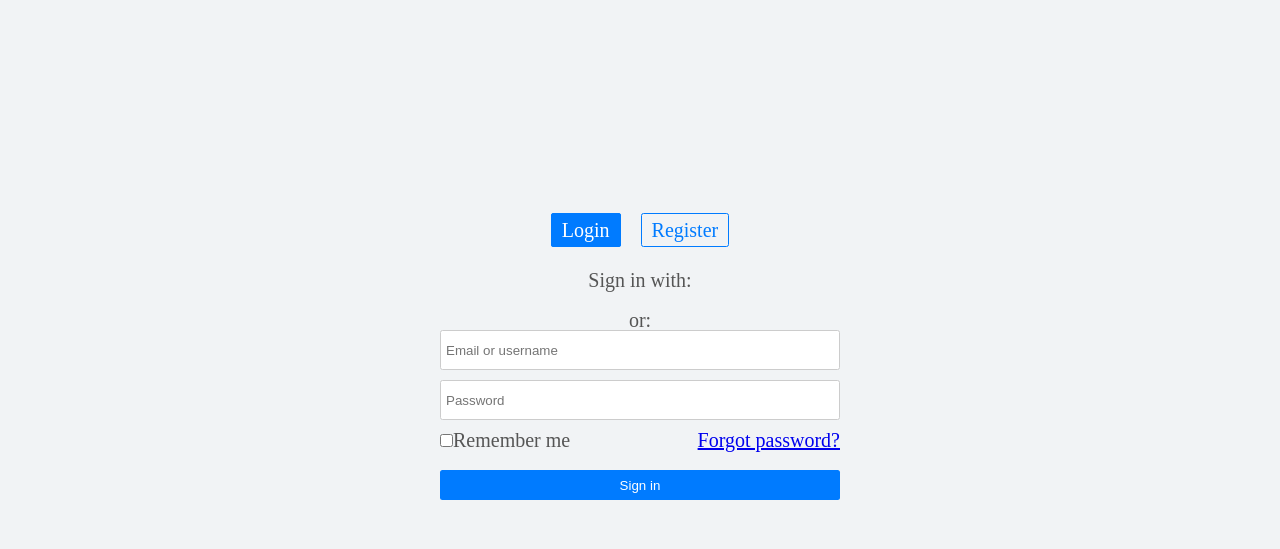
Repository: BitDanceLabels/Bumblebee_BDG
Page: /teacher-timetable
An editor plug-in stored every save of this project. The page is shown before and after the next save, followed by the edit.
The browser window is 1280 px wide. The pictures show the whole page.
The project was rebuilt for these pictures with package versions that can differ from the ones it lists, and the page was loaded fresh each time. Also part of the build but not shown: vite.config.js, src/components/General/Header.jsx, src/components/General/Navbar.jsx, src/components/Dashboard/ScheduleComponent.jsx, src/components/Management/Booking.jsx, src/components/modal/CreateStudentModal.jsx, src/components/Student/ListOfStudent.jsx, src/components/modal/CreateTeacherModal.jsx and 9 more. Imported but missing from the stored project, and not drawn on this page: src/components/modal/DeactiveStudentModal.

Above is the page before, as saved 2024-10-04 18:30:07.

### index.html
<!DOCTYPE html>
<html lang="en">
  <head>
    <meta charset="UTF-8" />
    <link rel="icon" type="image/svg+xml" href="/vite.svg" />
    <meta name="viewport" content="width=device-width, initial-scale=1.0" />
    <title>Power English CRM</title>
  </head>
  <body>
    <div id="root"></div>
    <script type="module" src="/src/main.jsx"></script>
  </body>
</html>

### src/main.jsx
import { StrictMode } from 'react'
import { createRoot } from 'react-dom/client'
import MainApp from './pages/MainApp.jsx'
import App from './App.jsx'
import './index.css'

createRoot(document.getElementById('root')).render(
  <StrictMode>
    <App />
  </StrictMode>
)

### src/App.jsx
import { useState } from 'react'
import styled from 'styled-components'

const Container = styled.div`
  display: flex;
  justify-content: center;
  align-items: center;
  flex-direction: column;
  min-height: 100vh;
  font-size: 20px;
`

const Nav = styled.ul`
  display: flex;
  justify-content: center;
  margin-bottom: 3rem;
  list-style: none;
  padding: 0;
`

const NavItem = styled.li`
  margin: 0 1rem;
`

const NavLink = styled.a`
  color: ${({ active }) => (active ? '#fff' : '#007bff')};
  background-color: ${({ active }) => (active ? '#007bff' : 'transparent')};
  border: 1px solid #007bff;
  padding: 0.5rem 1rem;
  cursor: pointer;
  text-decoration: none;
  border-radius: 0.25rem;
  transition: background-color 0.3s ease;

  &:hover {
    background-color: #0056b3;
    color: #fff;
  }
`

const TextCustom = styled.p`
  text-align: center;
`

const TabContent = styled.div`
  width: 100%;
  max-width: 400px;
`

const TabPane = styled.div`
  display: ${({ active }) => (active ? 'block' : 'none')};
`

const Form = styled.form`
  margin: 0 auto;
  display: flex;
  flex-direction: column;
`

const Input = styled.input`
  padding: 0.5rem;
  margin-bottom: 1rem;
  border: 1px solid #ccc;
  border-radius: 0.25rem;
  height: 40px;
`

const Button = styled.button`
  padding: 0.75rem;
  background-color: #007bff;
  color: white;
  border: none;
  border-radius: 0.25rem;
  cursor: pointer;

  &:hover {
    background-color: #0056b3;
  }
`

const SocialButton = styled.button`
  background: none;
  border: none;
  color: #007bff;
  margin: 0 0.5rem;
  cursor: pointer;

  &:hover {
    color: #0056b3;
  }
`

const Checkbox = styled.div`
  display: flex;
  justify-content: space-between;
  margin-bottom: 2rem;
`

const CheckboxLabel = styled.label`
  display: flex;
  align-items: center;
`

function App() {
  const [activeTab, setActiveTab] = useState('login')
  const [count, setCount] = useState(0)

  const handleTabSwitch = (tab) => {
    setActiveTab(tab)
  }

  return (
    <Container>
      {/* Pills navs */}
      <Nav>
        <NavItem>
          <NavLink
            active={activeTab === 'login'}
            onClick={() => handleTabSwitch('login')}
          >
            Login
          </NavLink>
        </NavItem>
        <NavItem>
          <NavLink
            active={activeTab === 'register'}
            onClick={() => handleTabSwitch('register')}
          >
            Register
          </NavLink>
        </NavItem>
      </Nav>

      {/* Pills content */}
      <TabContent>
        <TabPane active={activeTab === 'login'}>
          <Form>
            <div className="text-center mb-3">
              <TextCustom>Sign in with:</TextCustom>
              <SocialButton>
                <i className="fab fa-facebook-f"></i>
              </SocialButton>
              <SocialButton>
                <i className="fab fa-google"></i>
              </SocialButton>
              <SocialButton>
                <i className="fab fa-twitter"></i>
              </SocialButton>
              <SocialButton>
                <i className="fab fa-github"></i>
              </SocialButton>
            </div>
            <TextCustom>or:</TextCustom>

            <Input type="email" placeholder="Email or username" />
            <Input type="password" placeholder="Password" />

            <Checkbox>
              <CheckboxLabel>
                <input type="checkbox" />
                Remember me
              </CheckboxLabel>
              <a href="#!">Forgot password?</a>
            </Checkbox>

            <Button type="submit">Sign in</Button>
          </Form>
        </TabPane>

        <TabPane active={activeTab === 'register'}>
          <Form>
            <div className="text-center mb-3">
              <TextCustom>Sign up with:</TextCustom>
              <SocialButton>
                <i className="fab fa-facebook-f"></i>
              </SocialButton>
              <SocialButton>
                <i className="fab fa-google"></i>
              </SocialButton>
              <SocialButton>
                <i className="fab fa-twitter"></i>
              </SocialButton>
              <SocialButton>
                <i className="fab fa-github"></i>
              </SocialButton>
            </div>
            <TextCustom>or:</TextCustom>

            <Input type="text" placeholder="Name" />
            <Input type="text" placeholder="Username" />
            <Input type="email" placeholder="Email" />
            <Input type="password" placeholder="Password" />
            <Input type="password" placeholder="Repeat password" />

            <Checkbox>
              <CheckboxLabel>
                <input type="checkbox" />I have read and agree to the terms
              </CheckboxLabel>
            </Checkbox>

            <Button type="submit">Sign up</Button>
          </Form>
        </TabPane>
      </TabContent>
    </Container>
  )
}

export default App

### src/index.css
/*
--- 01 TYPOGRAPHY SYSTEM

- Font sizes (px)
10 / 12 / 14 / 16 / 18 / 20 / 24 / 30 / 36 / 44 / 52 / 62 / 74 / 86 / 98
h2: 3.6rem
h3: 2.4rem
p: 1.8rem

- Font weights
Default: 400
Medium: 500
Semi-bold: 600
Bold: 700

- Line heights
Default: 1
Small: 1.05
Medium: 1.2
Paragraph default: 1.6
Large: 1.8

- Letter spacing
-0.5px
0.75px


--- 05 SHADOWS

0 2.4rem 4.8rem rgba(0, 0, 0, 0.075);

--- 06 BORDER-RADIUS

Default: 9px
Medium: 11px

--- 07 WHITESPACE

- Spacing system (px)
2 / 4 / 8 / 12 / 16 / 24 / 32 / 48 / 64 / 80 / 96 / 128
*/

/* google font */
@import url('https://fonts.googleapis.com/css2?family=Rubik:wght@400;500;600;700&display=swap');
* {
  padding: 0;
  margin: 0;
  box-sizing: border-box;
}

html {
  /* font-size: 10px; */

  /* 10px / 16px = 0.625 = 62.5% */
  /* Percentage of user's browser font-size setting */
  font-size: 62.5%;
  overflow-x: hidden;

  /* Does NOT work on Safari */
  scroll-behavior: smooth;
}

body {
  font-family: 'Times New Roman', Times, serif;
  line-height: 1;
  font-weight: 400;
  color: #555;
  /* background-color: #f9f9f9; */
  background-color: #f1f3f5;

  /* Only works if there is nothing absolutely positioned in relation to body */
  overflow-x: hidden;
}

/**************************/
/* GENRAL REUSABLE COMPONENTS */
/**************************/

/* container */
.container {
  max-width: 1200px;
  margin: 0 auto;
  padding: 0 1.8rem;
}

@media screen and (min-width: 768px) {
  .container {
    padding: 0 3.4rem;
  }
}

@media screen and (min-width: 1400px) {
  .container {
    padding: 0 1rem;
  }
}

.grid {
  display: grid;
  column-gap: 6.4rem;
  row-gap: 9.6rem;

  /* margin-bottom: 9.6rem; */
}

.flex {
  display: flex;
  align-items: center;
}

/* .grid:last-child {
    margin-bottom: 0;
  } */

.grid:not(:last-child) {
  margin-bottom: 9.6rem;
}

.grid--2-cols {
  grid-template-columns: repeat(2, 1fr);
}

.grid--3-cols {
  grid-template-columns: repeat(3, 1fr);
}

.grid--4-cols {
  grid-template-columns: repeat(4, 1fr);
}

/* .grid--5-cols {
    grid-template-columns: repeat(5, 1fr);
  } */

.grid--center-v {
  align-items: center;
}

.white-space-large {
  margin-bottom: 12.8rem;
}

.white-space-medium {
  margin-bottom: 9.6rem;
}

.white-space-medium--top {
  margin-top: 9.6rem;
}

.white-space-small {
  margin-bottom: 6.4rem;
}

.white-space-small--top {
  margin-top: 6.4rem;
}

/* .heading-primary,
.heading-secondary,
.heading-tertiary {
  font-weight: 700;
  color: #333;
  letter-spacing: -0.5px;
}

.heading-primary {
  font-size: 5.2rem;
  line-height: 1.05;
  margin-bottom: 3.2rem;
}

.heading-secondary {
  font-size: 4.4rem;
  line-height: 1.2;
  margin-bottom: 9.6rem;
}

.heading-tertiary {
  font-size: 3rem;
  line-height: 1.2;
  margin-bottom: 3.2rem;
}

.subheading {
  display: block;
  font-size: 1.6rem;
  font-weight: 500;
  color: #1971c2;
  text-transform: uppercase;
  margin-bottom: 1.6rem;
  letter-spacing: 0.75px;
} */
/*
.btn,
.btn:link,
.btn:visited {
  display: inline-block;

  text-decoration: none;
  font-size: 2rem;
  font-weight: 600;
  padding: 1.6rem 3.2rem;
  border-radius: 9px;

  border: none;
  cursor: pointer;
  font-family: inherit;
  transition: all 0.3s;
}

.btn--full:link,
.btn--full:visited {
  background-color: #1971c2;
  color: #fff;
}

.btn--full:hover,
.btn--full:active {
  background-color: #1971c2;
}

.btn--outline:link,
.btn--outline:visited {
  background-color: #fff;
  color: #555;
}

.btn--outline:hover,
.btn--outline:active {
  background-color: #fdf2e9;
  box-shadow: inset 0 0 0 3px #fff;
}

.btn--form {
  background-color: #45260a;
  color: #fdf2e9;
  align-self: end;
  padding: 1.2rem;
}

.btn--form:hover {
  background-color: #fff;
  color: #555;
}
*/
/* .link:link,
.link:visited {
  display: inline-block;
  color: #1971c2;
  text-decoration: none;
  border-bottom: 1px solid currentColor;
  padding-bottom: 2px;
  transition: all 0.3s;
}

.link:hover,
.link:active {
  color: #1971c2;
  border-bottom: 1px solid transparent;
}

.list {
  list-style: none;
  display: flex;
  flex-direction: column;
  gap: 1.6rem;
}

.list-item {
  font-size: 1.8rem;
  display: flex;
  align-items: center;
  gap: 1.6rem;
  line-height: 1.2;
}

.list-icon {
  width: 3rem;
  height: 3rem;
  color: #1971c2;
} */

/**/
/* *:focus {
  outline: none;
  box-shadow: 0 0 0 0.3rem #1971c2;
} */

/* HELPER/SETTINGS CLASSES */
.margin-right-sm {
  margin-right: 1.6rem !important;
}

.margin-bottom-md {
  margin-bottom: 4.8rem !important;
}

.center-text {
  text-align: center;
}

strong {
  font-weight: 500;
}

After the next save:
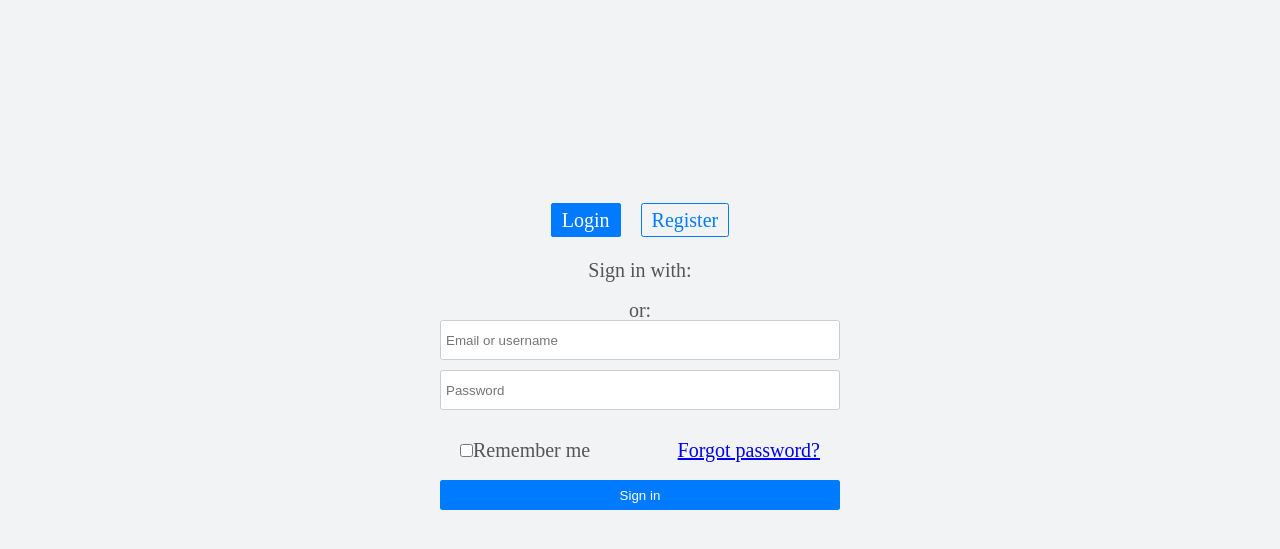
Saved 6 s later.
--- a/src/App.jsx
+++ b/src/App.jsx
@@ -93,7 +93,7 @@ const SocialButton = styled.button`
 const Checkbox = styled.div`
   display: flex;
   justify-content: space-between;
-  margin-bottom: 2rem;
+  margin: 2rem;
 `
 
 const CheckboxLabel = styled.label`
